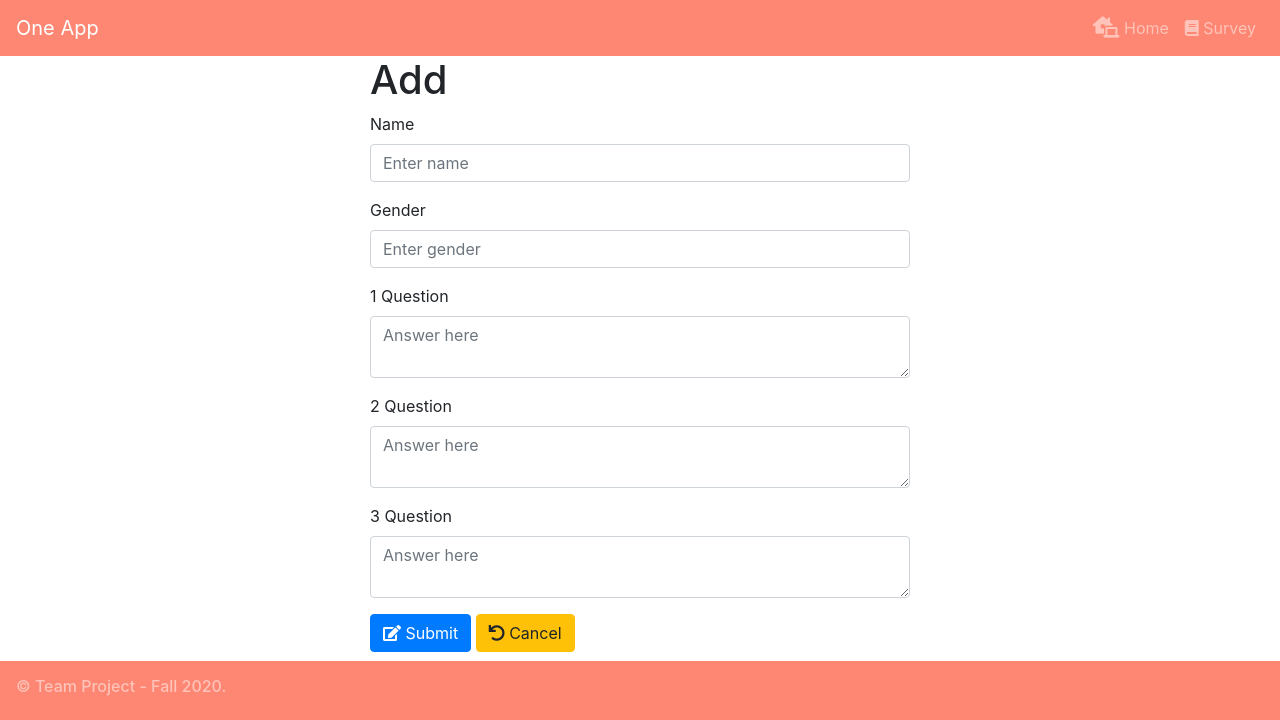
Repository: Dyazho/group-project
Page: http://localhost/survey/add
The author's editor kept a copy of each file at every save. The page is drawn from the files as they stood at one save, then again after the next save.
The browser window is 1280 px wide. The pictures show the whole page.
The page is served by the project's Node server (server.js). Other server files are loaded and not shown.

Above is the page before, as saved 2020-11-16 11:24:32.

### server/views/book/add.ejs
<%- include ../partials/header.ejs %>

<%- include ../partials/main_nav.ejs %>

<!-- Content for the Add page -->
<div class="container">
    <div class="row">
        <div class="offset-md-3 col-md-6">
            <h1><%= title %></h1>

            <form class="form" method="POST">
                <div class="form-group">
                    <label for="nameTextField">Name</label>
                    <input type="text" class="form-control"
                    id="nameTextField"
                    placeholder="Enter name"
                    name="name" required>
                </div>

                <div class="form-group">
                    <label for="authorTextField">Gender</label>
                    <input type="text" class="form-control"
                    id="authorTextField"
                    placeholder="Enter gender"
                    name="gender" required>
                </div>

                <div class="form-group">
                    <label for="publishedTextField">1 Question </label>
                    <textarea type="text" class="form-control"
                    id="publishedTextField"
                    placeholder="Answer here"
                    name="question1" required></textarea>
                </div>

                <div class="form-group">
                    <label for="descriptionTextArea">2 Question </label>
                    <textarea type="text" class="form-control"
                    id="descriptionTextArea"
                    placeholder="Answer here"
                    name="question2" required></textarea>
                </div>

                <div class="form-group">
                    <label for="priceTextField">3 Question </label>
                    <textarea type="text" class="form-control"
                    id="priceTextField"
                    placeholder="Answer here"
                    name="question3" required></textarea>
                </div>

                <button class="btn btn-primary" type="submit">
                    <i class="fas fa-edit"></i> Submit</button>

                    <a href="/survey" class="btn btn-warning">
                        <i class="fas fa-undo"></i> Cancel</a>

            </form>
        </div>

    </div>
</div>



<%- include ../partials/bottom_nav.ejs %>

<%- include ../partials/footer.ejs %>

### server/views/partials/header.ejs
<!DOCTYPE html>
<html lang="en">
<head>
  <meta charset="UTF-8">
  <meta name="viewport" content="width=device-width, initial-scale=1.0">
  <title><%= title %></title>
  <!-- CSS Section -->

  <link rel="stylesheet" href="/bootstrap/dist/css/bootstrap.min.css">
  <link rel="stylesheet" href="/@fortawesome/fontawesome-free/css/all.min.css">
  <link rel='stylesheet' href='/Content/app.css' />

</head>
<body>

### server/views/partials/main_nav.ejs
<!-- Main Navigation -->
  <nav class="navbar navbar-expand-lg navbar-dark navbar-colorr">

    <a class="navbar-brand" href="/survey"> One App</a>
    <button class="navbar-toggler" type="button" data-toggle="collapse" data-target="#navbarSupportedContent" aria-controls="navbarSupportedContent" aria-expanded="false" aria-label="Toggle navigation">
      <span class="navbar-toggler-icon"></span>
    </button>

    <div class="collapse navbar-collapse" id="navbarSupportedContent">
      <ul class="navbar-nav ml-auto">

        <% if (title == "Home"){ %>
        <li class="nav-item active">
        <% } else  { %>
        <li class="nav-item">
        <% } %>
          <a class="nav-link" href="/home"><i class="fas fa-lg fa-laptop-house"></i> Home </a>
        </li>


        <% if (title == "Survey") { %>
        <li class="nav-item active">
        <% } else  { %>
        <li class="nav-item">
        <% } %>
          <a class="nav-link" href="/survey"><i class="fas fa-book"></i> Survey </a>
        </li>


    </div>
  </nav>

### server/views/partials/bottom_nav.ejs
<!-- Bottom Nav -->
  <footer>
    <nav class="navbar fixed-bottom navbar-dark navbar-colorr">
      <h6 class="display-6 navbar-text">&copy; Team Project - Fall 2020.</h6>
    </nav>
  </footer>

### server.js
#!/usr/bin/env node


/*  Sanamdeep Singh
    301107513       */


/**
 * Module dependencies.
 */

var app = require('./server/config/app');
var debug = require('debug')('week-4:server');
var http = require('http');

/**
 * Get port from environment and store in Express.
 */

var port = normalizePort(process.env.PORT || '3000');
app.set('port', port);

/**
 * Create HTTP server.
 */

var server = http.createServer(app);

/**
 * Listen on provided port, on all network interfaces.
 */

server.listen(port);
server.on('error', onError);
server.on('listening', onListening);

/**
 * Normalize a port into a number, string, or false.
 */

function normalizePort(val) {
  var port = parseInt(val, 10);

  if (isNaN(port)) {
    // named pipe
    return val;
  }

  if (port >= 0) {
    // port number
    return port;
  }

  return false;
}

/**
 * Event listener for HTTP server "error" event.
 */

function onError(error) {
  if (error.syscall !== 'listen') {
    throw error;
  }

  var bind = typeof port === 'string'
    ? 'Pipe ' + port
    : 'Port ' + port;

  // handle specific listen errors with friendly messages
  switch (error.code) {
    case 'EACCES':
      console.error(bind + ' requires elevated privileges');
      process.exit(1);
      break;
    case 'EADDRINUSE':
      console.error(bind + ' is already in use');
      process.exit(1);
      break;
    default:
      throw error;
  }
}

/**
 * Event listener for HTTP server "listening" event.
 */

function onListening() {
  var addr = server.address();
  var bind = typeof addr === 'string'
    ? 'pipe ' + addr
    : 'port ' + addr.port;
  debug('Listening on ' + bind);
}

### server/controllers/book.js
let express = require('express');
let router = express.Router();
let mongoose = require('mongoose');

// create a reference to the model
let Book = require('../models/book');

module.exports.displayBookList = (req, res, next) => {
    Book.find((err, bookList) => {
        if(err)
        {
            return console.error(err);
        }
        else
        {
            //console.log(BookList);

            res.render('book/list', {title: 'Survey', BookList: bookList});
        }
    });
}

module.exports.displayAddPage = (req, res, next) => {
    res.render('book/add', {title: 'Add'})
}

module.exports.processAddPage = (req, res, next) => {
    let newBook = Book({
        "name": req.body.name,
        "gender": req.body.gender,
        "question1": req.body.question1,
        "question2": req.body.question2,
        "question3": req.body.question3
    });

    Book.create(newBook, (err, Book) =>{
        if(err)
        {
            console.log(err);
            res.end(err);
        }
        else
        {
            // refresh the book list
            res.redirect('/survey');
        }
    });

}

module.exports.displayEditPage = (req, res, next) => {
    let id = req.params.id;

    Book.findById(id, (err, bookToEdit) => {
        if(err)
        {
            console.log(err);
            res.end(err);
        }
        else
        {
            //show the edit view
            res.render('book/edit', {title: 'Edit', book: bookToEdit})
        }
    });
}

module.exports.processEditPage = (req, res, next) => {
    let id = req.params.id

    let updatedBook = Book({
        "_id": id,
        "name": req.body.name,
        "gender": req.body.gender,
        "question1": req.body.question1,
        "question2": req.body.question2,
        "question3": req.body.question3
    });

    Book.updateOne({_id: id}, updatedBook, (err) => {
        if(err)
        {
            console.log(err);
            res.end(err);
        }
        else
        {
            // refresh the book list
            res.redirect('/survey');
        }
    });
}

module.exports.performDelete = (req, res, next) => {
    let id = req.params.id;

    Book.remove({_id: id}, (err) => {
        if(err)
        {
            console.log(err);
            res.end(err);
        }
        else
        {
             // refresh the book list
             res.redirect('/survey');
        }
    });
}

### public/Content/app.css
/* custom css goes here */

.navbar-colorr {
  background-color: #fe8773;
}

### public/Scripts/app.js
/*  Sanamdeep Singh
    301107513       */


// IIFE -- Immediately Invoked Function Expression
(function(){

    function Start()
    {
        console.log("App Started...");

        let deleteButtons = document.querySelectorAll('.btn-danger');

        for(button of deleteButtons)
        {
            button.addEventListener('click', (event)=>{
                if(!confirm("Are you sure?"))
                {
                    event.preventDefault();
                    window.location.assign('/book-list');
                }
            });
        }
    }

    window.addEventListener("load", Start);

})();

Loaded but not shown: server/views/partials/footer.ejs (common file)

After the next save:
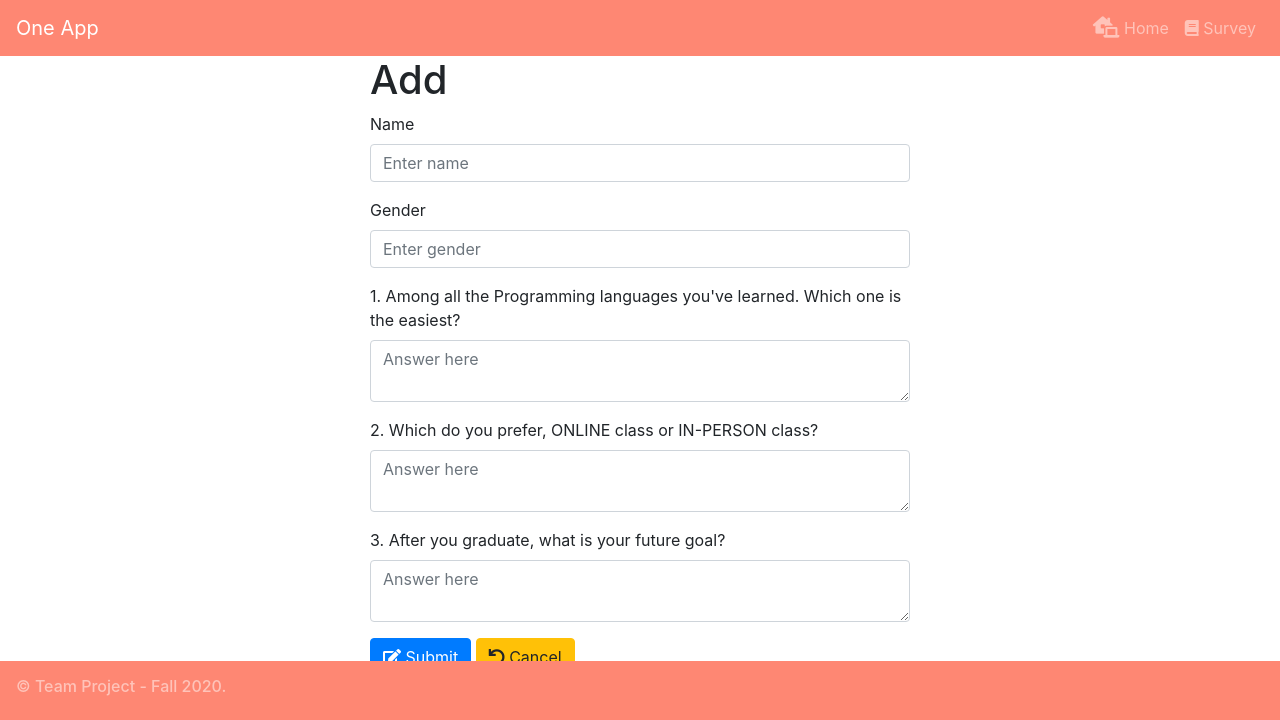
Saved 13 min 25 s later.
--- a/server/views/book/add.ejs
+++ b/server/views/book/add.ejs
@@ -26,7 +26,7 @@
                 </div>
 
                 <div class="form-group">
-                    <label for="publishedTextField">1 Question </label>
+                    <label for="publishedTextField">1. Among all the Programming languages you've learned. Which one is the easiest?  </label>
                     <textarea type="text" class="form-control"
                     id="publishedTextField"
                     placeholder="Answer here"
@@ -34,7 +34,7 @@
                 </div>
 
                 <div class="form-group">
-                    <label for="descriptionTextArea">2 Question </label>
+                    <label for="descriptionTextArea">2. Which do you prefer, ONLINE class or IN-PERSON class? </label>
                     <textarea type="text" class="form-control"
                     id="descriptionTextArea"
                     placeholder="Answer here"
@@ -42,7 +42,7 @@
                 </div>
 
                 <div class="form-group">
-                    <label for="priceTextField">3 Question </label>
+                    <label for="priceTextField">3. After you graduate, what is your future goal? </label>
                     <textarea type="text" class="form-control"
                     id="priceTextField"
                     placeholder="Answer here"
